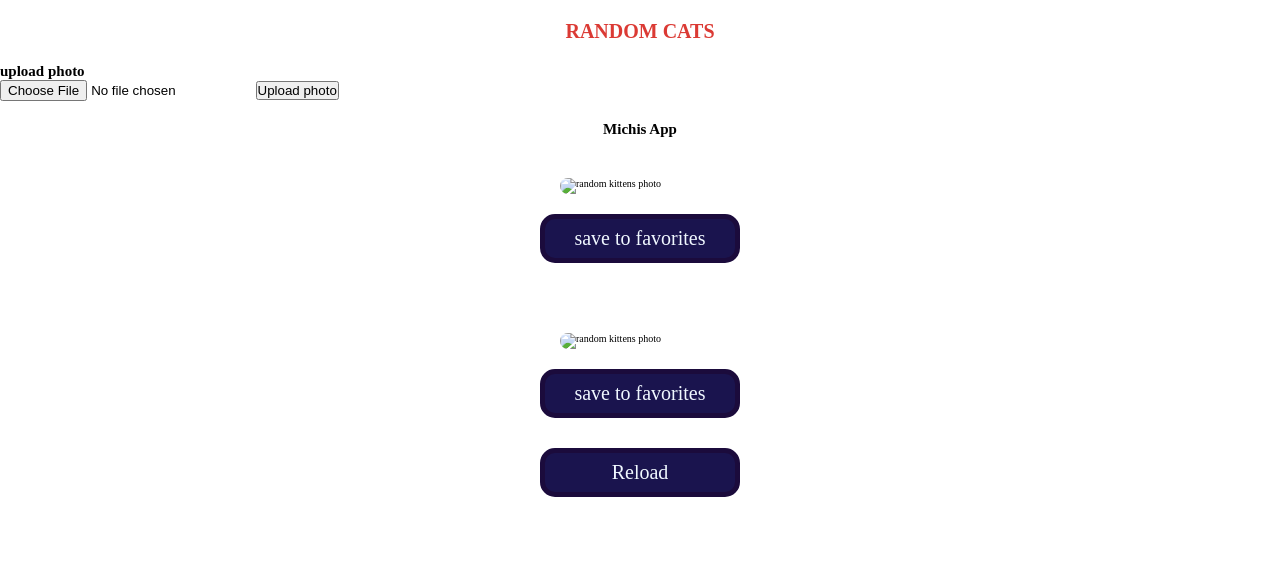
Repository: elto82/ConsumoAPIRESTjs
Page: index.html
An editor plug-in stored every save of this project. The page is shown before and after the next save, followed by the edit.
The browser window is 1280 px wide. The pictures show the whole page.
The page's requests for data from a server got no answer.

Above is the page before, as saved 2022-07-04 21:32:43.

After the next save:
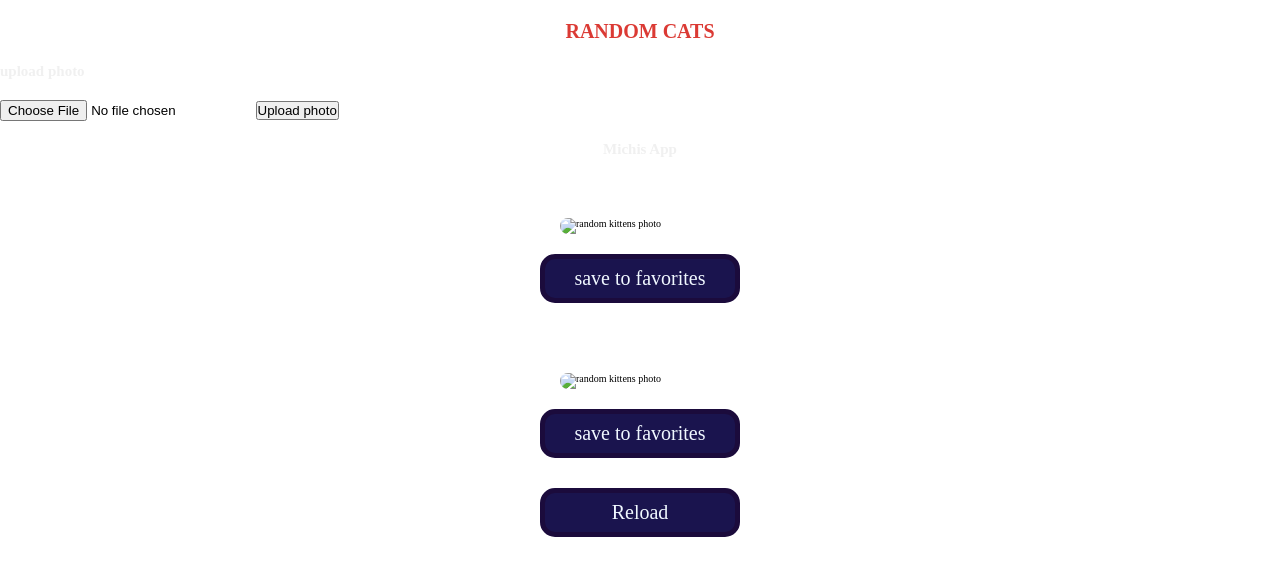
Saved 7 s later.
--- a/style.css
+++ b/style.css
@@ -21,6 +21,10 @@ h1 {
   text-transform: uppercase;
 }
 
+h2 {
+  color: #f0f0f0;
+  margin: 0 0 20px 0;
+}
 
 
 article{
